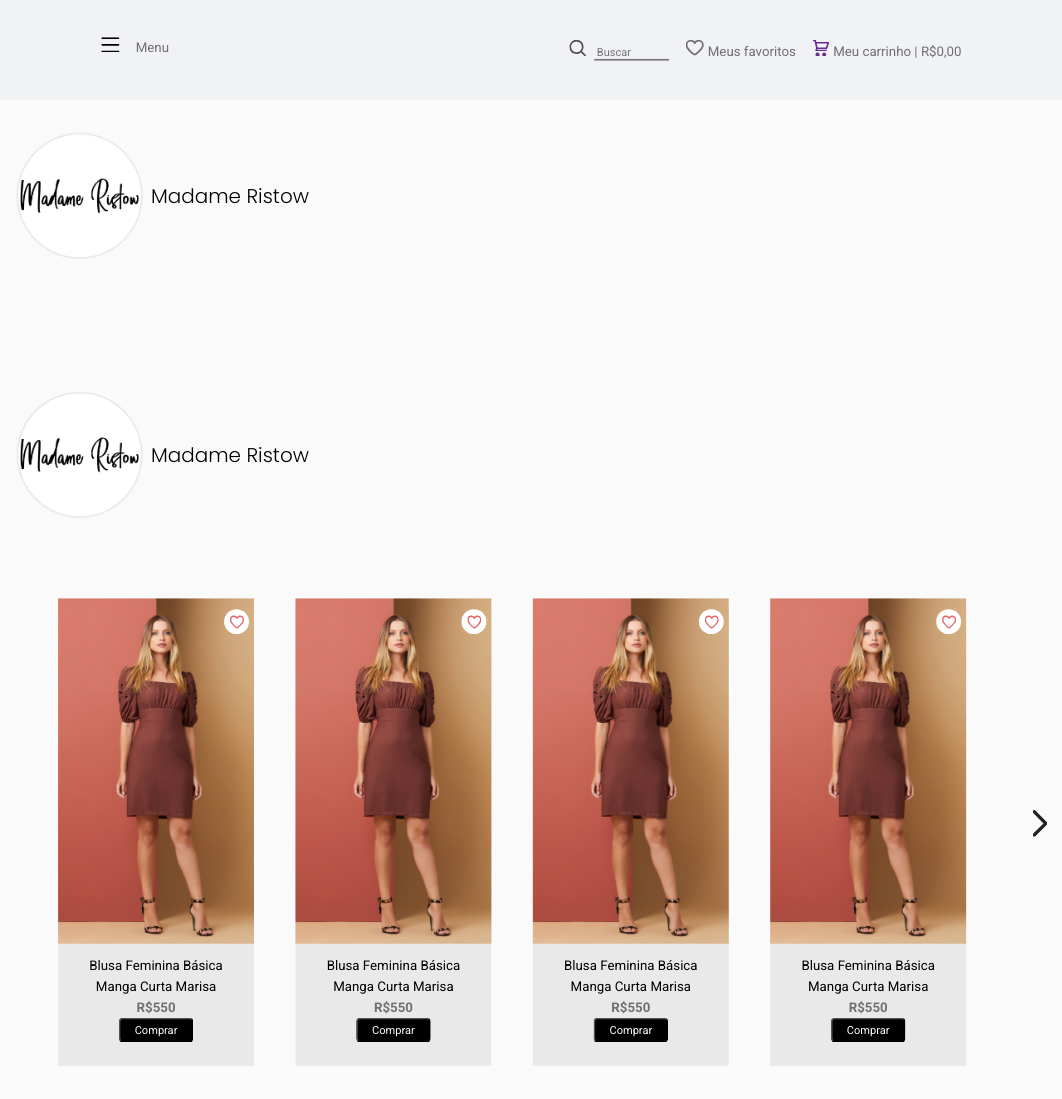
Repository: gutobarbosa/FrontEndLojaVirtual
Page: /
An editor plug-in stored every save of this project. The page is shown before and after the next save, followed by the edit.
The browser window is 1280 px wide. The pictures show the whole page, at 83% of full size.
The page's requests for data from a server got no answer. The project was rebuilt for these pictures with package versions that can differ from the ones it lists, and the page was loaded fresh each time. No one was signed in, and anything a server would have sent is missing. Also part of the build but not shown: src/pages/Repository/styles.ts, src/pages/Repository/index.tsx.

Above is the page before, as saved 2020-11-22 11:53:07.

### public/index.html
<!DOCTYPE html>
<html lang="en">
  <head>
    <meta charset="utf-8" />
    <meta name="viewport" content="width=device-width, initial-scale=1" />
    <meta name="theme-color" content="#000000" />

    <title></title>
    <link href="https://fonts.googleapis.com/css2?family=Roboto:wght@400;700&display=swap" rel="stylesheet">
    <link rel="preconnect" href="https://fonts.gstatic.com">
    <link rel="preconnect" href="https://fonts.gstatic.com">
<link href="https://fonts.googleapis.com/css2?family=Poppins:ital,wght@0,300;0,400;1,200&display=swap" rel="stylesheet">
</head>
  <body>
    <noscript>You need to enable JavaScript to run this app.</noscript>
    <div id="root"></div>

  </body>
</html>

### src/App.tsx
import React from 'react';
import { BrowserRouter as Router } from 'react-router-dom';

import Routes from './routes';

import GlobalStyle from '../src/styles/global';

const App: React.FC = () => (
  <>
    <GlobalStyle />
    <Router>
      <Routes />
    </Router>
  </>
);

export default App;

### src/routes/index.tsx
import React from 'react';
import {Switch, Route} from 'react-router-dom';

import Dashboard from '../pages/Dashboard';
import Repository from '../pages/Repository';

// rota da url, nesse caso a nossa rota atual é a raiz então vai apenas a / e o componente é que sera acessado através desse endereço url
const Routes: React.FC = () =>{
    return (
        <Switch>
            <Route path="/" exact component={Dashboard} />
            <Route path="/repositories/:repository+" component={Repository} />
        </Switch>
    );
}

export default Routes;

### src/styles/global.ts
import { createGlobalStyle } from 'styled-components';

export default createGlobalStyle`
  * {
    margin: 0;
    padding: 0;
    outline: 0;
    box-sizing: border-box;
  }

  body {
    background: #FAFAFA ;
    -webkit-font-smoothing: antialiased

  }

  body, input, button {
    font-family: 'Roboto', sans-serif;
    max-width: 1500vw;
  }

  button {
    cursor: pointer;
  }
`;

### src/pages/Dashboard/index.tsx
/* eslint-disable no-undef */

import React, { useEffect, useState } from "react";
import { Container, ContainerProducts } from "./styles";
import lefticon from '../../assets/avatar 152 x 152px.png';
import productimage from '../../assets/image-product.png';
import arrownext from '../../assets/arrowNext.svg';
import iconheart from '../../assets/iconHeart.svg';
import api from '../../services/api';
import Header from '../../components/Header';

//import { Container, CardContainer, Card, TableContainer } from './styles';

interface Issue {
    id: number;
    name: string;
    photo: string;
    price: string;

}

const Dashboard: React.FC = () => {
    const [issues, setIssues] = useState<Issue[]>([]);
    useEffect (() => {
        api.get('api-tests/showcases').then(response =>{
            setIssues(response.data.showcases[0].products);
            // console.log(response.data.showcases[0].products);
        });

    }, []);

    //console.log(issues);

  return (
    <>
    <Header/>
    <Container>
    <img src={lefticon} alt="Hamburguer" />
    <h3>Madame Ristow</h3>
    </Container>
    <ContainerProducts>

               {issues.map(issue => (
                 <div className="containerBox">
                 <div className="heart">
                     <img src={iconheart} alt="Product" />
                 </div>
                 <div className="productBox">
                     <div className="productImage">
                     <img src={issue.photo} alt="Product" />
                     </div>
                     <div className="productinformation">
                     <p>{issue.name}<br/></p>
                         <p className ="bold">{issue.price} <br/></p>
                         <div className="buttonBuy">
                             <button>Comprar</button>
                         </div>
                     </div>
                 </div>
             </div>
               ))}


    </ContainerProducts>

    <Container>
    <img src={lefticon} alt="Hamburguer" />
    <h3>Madame Ristow</h3>
    </Container>
    <ContainerProducts>
        <div className="containerBox">
            <div className="heart">
                <img src={iconheart} alt="Product" />
            </div>
            <div className="productBox">
                <div className="productImage">
                <img src={productimage} alt="Product" />
                </div>
                <div className="productinformation">
                <p>Blusa Feminina Básica Manga Curta Marisa<br/></p>
                    <p className ="bold">R$550 <br/></p>
                    <div className="buttonBuy">
                        <button>Comprar</button>
                    </div>
                </div>
            </div>
        </div>
        <div className="containerBox">
            <div className="heart">
                <img src={iconheart} alt="Product" />
            </div>
            <div className="productBox">
                <div className="productImage">
                <img src={productimage} alt="Product" />
                </div>
                <div className="productinformation">
                <p>Blusa Feminina Básica Manga Curta Marisa<br/></p>
                    <p className ="bold">R$550 <br/></p>
                    <div className="buttonBuy">
                        <button>Comprar</button>
                    </div>
                </div>
            </div>
        </div>
        <div className="containerBox">
            <div className="heart">
                <img src={iconheart} alt="Product" />
            </div>
            <div className="productBox">
                <div className="productImage">
                <img src={productimage} alt="Product" />
                </div>
                <div className="productinformation">
                <p>Blusa Feminina Básica Manga Curta Marisa<br/></p>
                    <p className ="bold">R$550 <br/></p>
                    <div className="buttonBuy">
                        <button>Comprar</button>
                    </div>
                </div>
            </div>
        </div>

        <div className="containerBox">
            <div className="heart">
                <img src={iconheart} alt="Product" />
            </div>
            <div className="productBox">
                <div className="productImage">
                <div>
                <img src={productimage} alt="Product" />
                </div>

                </div>
                <div className="productinformation">
                    <p>Blusa Feminina Básica Manga Curta Marisa<br/></p>
                    <p className ="bold">R$550 <br/></p>
                    <div className="buttonBuy">
                        <button>Comprar</button>
                    </div>
                </div>
            </div>
        </div>
        <div className="arrowNext">
            <img src={arrownext} alt="arrownext" />
        </div>
    </ContainerProducts>
    </>
  );
};

export default Dashboard;

### src/pages/Dashboard/styles.ts
import styled from 'styled-components';
/*
interface CardProps {
  total?: boolean;
}*/

export const Container = styled.div`
  width: 100%;
  max-width: 1600px;
  margin: 0 auto;
  padding: 40px 20px;
  display: flex;
  align-items: center;


    img {
        justify-content: flex-start;
    }

    h3 {
        color: black;
        margin-left: 10px;
        font-family: 'Poppins', sans-serif;
        font-size: 24px;
        font-weight: 300;
    }
`;
export const ContainerProducts = styled.div`
width: 100%;
max-width: 1600px;
margin: 0 auto;
padding: 40px 20px;
display: flex;
align-items: center;
    .containerBox{
        width:100%;
        max-width: 300px;
        margin-left: 10px
    }
    .heart {
        width: 30px;
        height: 30px;
        background-color: white;
        border-radius: 15px;
        position: relative;
        right: -240px;
        top: 30px;
        align-items: center;
        cursor: pointer;
    }
    .heart img {
        align-items: center;
        width: 17px;
        height: 17px;
        margin: 0 auto;
        position: relative;
        top: 7px;
        left: 7px;
    }
    .productBox {
        width: 236px;
        height: 550px;
        margin-left: 40px;
        background: #E9E9E9;
    }
    .productinformation {
        max-width: 250px;
        max-height: 150px;
    }
    .productImage{
        max-width: 236px;
        max-height: 416px;
    }
    .productImage img {
        width: 100%;
        height: 416px;
        margin-top: -13px;
    }

    .arrowNext {
        margin-left: 80px;
    }
    .productinformation{
        width: 200px;
        size: 20px;
        justify-content: center;
        margin: 0 auto;
        margin-top: 10px;
    }
    .productinformation p{
        text-align: center;
        line-height: 25px;
    }
    .buttonBuy {
        width: 100%;
        margin: 0 auto;
        text-align: center;
    }
    .productinformation button{
        background: black;
        color: white;
        width: 90px;
        height: 30px;
        border-radius: 5px;
        cursor: pointer;
    }

    .bold{
        color: #707070;
        font-weight: bold;
    }


`;

### src/services/api.ts
import axios from 'axios';

const api = axios.create({
  baseURL: 'https://sandbox.houpa.app/',
});

export default api;

### src/components/Header/index.tsx
import React from 'react';

//import { Link } from 'react-router-dom';
import hamburguerBars from '../../assets/hamburguer.svg';
import searchicon from '../../assets/searchIcon.svg';
import favoriteicon from '../../assets/favoriteIcon.svg';
import mycaricon from '../../assets/mycarIcon.svg'
import { Container, ContainerHeader, ContentLeft, ContentRight } from '../Header/styles';




const Header: React.FC = () => (
  <Container>
    <ContainerHeader>
    <header>
      <ContentLeft>
        <div className="menuTotal">
          <img src={hamburguerBars} alt="Hamburguer" />
          <span className="menu">Menu</span>
        </div>
      </ContentLeft>
      <ContentRight>
        <div className="searchTotal">
          <img src={searchicon} alt="Hamburguer" />
          <input placeholder=" Buscar" type="text"/>
        </div>
        <div className="favoritesTotal">
          <img src={favoriteicon} alt="Favorite" />
          <span>Meus favoritos</span>
        </div>
        <div className="MycarTotal">
          <img src={mycaricon} alt="Mycar" />
          <span>Meu carrinho | R$0,00</span>
        </div>
      </ContentRight>
    </header>
    </ContainerHeader>
  </Container>
);

export default Header;

### src/components/Header/styles.ts
import styled from 'styled-components';
/*
interface ContainerProps {
  size?: 'small' | 'large';
}*/

export const Container = styled.div`
  background: #F0F2F5;
  padding: 30px;
  width: 100%;

  header {
    height: 60px;
    margin: 0 auto;
    display: flex;
    align-items: center;
    justify-content: space-between;
  }

  span {
    color: #707070;
    text-align: left;
    opacity: 1;
    margin-left: 25px;
    cursor: pointer;
  }
  input {
    border-left: 0px solid black;
    border-right: 0px solid black;
    border-top: 0px solid black;
    width: 90px;
    background: #F0F2F5;
  }

   img {
    margin-right: 10px;
   }
`;

export const ContainerHeader = styled.div`
width: 85%;
margin: 0 auto;
`;


export const ContentLeft = styled.div`
  .menu{
    margin-left: 10px;

  }
   .menuTotal{
     width:100px;
     height:30px;
     cursor:pointer;
   }

   .menuTotal:hover{
    opacity: 0.5;
  }
`;

export const ContentRight = styled.div`
  display: flex;
  margin-left: 20px;
  .favoritesTotal img {
        margin-right: -20px;
        margin-left: 20px
    }

    .favoritesTotal:hover{
        cursor:pointer;
        opacity: 0.7;
    }

    .MycarTotal img {
        margin-right: -20px;
        margin-left: 20px
    }

    .MycarTotal:hover{
        cursor:pointer;
        opacity: 0.7;
    }


`;

Loaded but not shown: src/index.tsx (common file)

After the next save:
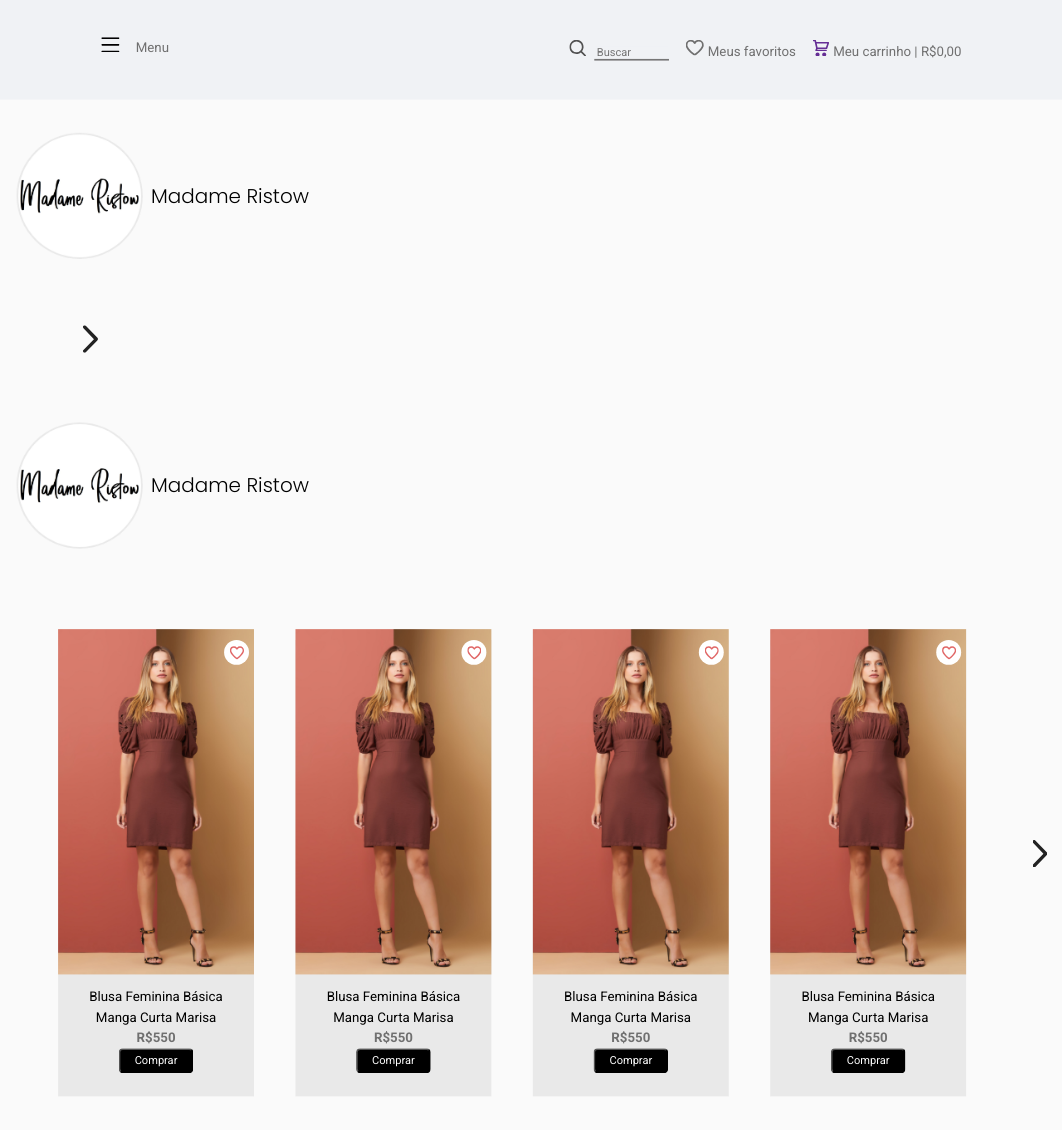
Saved 60 s later.
--- a/src/pages/Dashboard/index.tsx
+++ b/src/pages/Dashboard/index.tsx
@@ -59,6 +59,9 @@ const Dashboard: React.FC = () => {
                  </div>
              </div>
                ))}
+        <div className="arrowNext">
+            <img src={arrownext} alt="arrownext" />
+        </div>
 
 
     </ContainerProducts>
